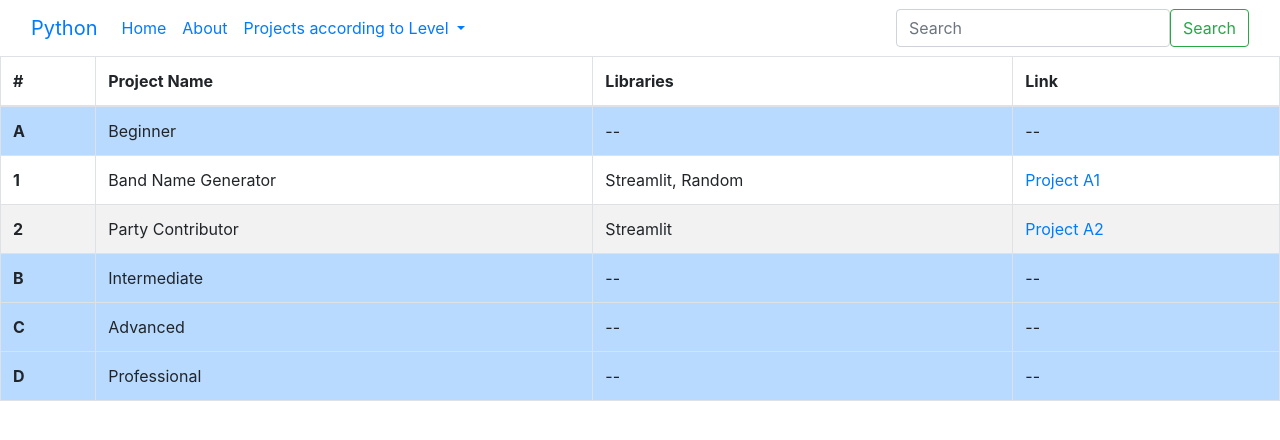
Repository: VictoriousMango/100-Python-Project
Page: index.html
These files come from the project's save history. The page is drawn as it stood at one moment and after the next save; the edit follows.
The browser window is 1280 px wide. The pictures show the whole page.

Above is the page before, as saved 2024-06-06 16:47:49.

### index.html
<!doctype html>
<html lang="en">
  <head>
    <!-- Required meta tags -->
    <meta charset="utf-8">
    <meta name="viewport" content="width=device-width, initial-scale=1, shrink-to-fit=no">

    <!-- Bootstrap CSS -->
    <link rel="stylesheet" href="https://cdn.jsdelivr.net/npm/bootstrap@4.0.0/dist/css/bootstrap.min.css" integrity="sha384-Gn5384xqQ1aoWXA+058RXPxPg6fy4IWvTNh0E263XmFcJlSAwiGgFAW/dAiS6JXm" crossorigin="anonymous">
    <title>100 Python Project</title>
  </head>
  <body  data-bs-theme="dark">
    <nav class="navbar navbar-expand-lg bg-body-tertiary">
      <div class="container-fluid">
        <a href="#" class="navbar-brand" role="button" onclick="Toggling()">Python</a>
        <button class="navbar-toggler" type="button" data-bs-toggle="collapse" data-bs-target="#navbarSupportedContent" aria-controls="navbarSupportedContent" aria-expanded="false" aria-label="Toggle navigation">
          <span class="navbar-toggler-icon"></span>
        </button>
        <div class="collapse navbar-collapse" id="navbarSupportedContent">
          <ul class="navbar-nav me-auto mb-2 mb-lg-0">
            <li class="nav-item">
              <a class="nav-link active" aria-current="page" href="#">Home</a>
            </li>
            <li class="nav-item">
              <a class="nav-link" href="#">About</a>
            </li>
            <li class="nav-item dropdown">
              <a class="nav-link dropdown-toggle" href="#" role="button" data-bs-toggle="dropdown" aria-expanded="true ">
                Projects according to Level
              </a>
              <ul class="dropdown-menu">
                <li><a class="dropdown-item" href="#Beginner">Beginner</a></li>
                <li><a class="dropdown-item" href="#Intermediate">Intermediate</a></li>
                <li><a class="dropdown-item" href="#Advanced">Advanced</a></li>
                <li><a class="dropdown-item" href="#Professional">Professional</a></li>
              </ul>
            </li>
          </ul>
        </div>
          <form class="d-flex" role="search">
            <input class="form-control me-2" type="search" placeholder="Search" aria-label="Search">
            <button class="btn btn-outline-success" type="submit">Search</button>
          </form>
      </div>
    </nav>


    <!-- Tabular Entry Start -->
    <table class="table table-bordered table-striped table table-hover">
      <thead>
        <tr>
          <th scope="col">#</th>
          <th scope="col">Project Name</th>
          <th scope="col">Libraries</th>
          <th scope="col">Link</th>
        </tr>
      </thead>
      <tbody>
        <!-- Beginner Projects -->
        <div class="Beginner" id="Beginner">
          <tr class="table-primary">
            <th scope="row">A</th>
            <td>Beginner</td>
            <td> -- </td>
            <td> -- </td>
          </tr>
          <tr>
            <th scope="row">1</th>
            <td>Band Name Generator</td>
            <td> Streamlit, Random </td>
            <td>
              <a href="https://100-python-projectg-rawnndldtq3zp8qrhnm8qe.streamlit.app/Band_Name_Generator"  target="_blank">Project A1</a>
            </td>
          </tr>
          <tr>
            <th scope="row">2</th>
            <td>Party Contributor</td>
            <td> Streamlit </td>
            <td>
              <a href="https://100-python-projectg-rawnndldtq3zp8qrhnm8qe.streamlit.app/Party_Contributor"  target="_blank">Project A2</a>
            </td>
          </tr>
        </div>

        <!-- Intermediate Project Links -->
        <div class="Intermediate" id="Intermediate">
          <tr class="table-primary">
            <th scope="row">B</th>
            <td>Intermediate</td>
            <td> -- </td>
            <td> -- </td>
          </tr>
        </div>

        <!-- Advanced Project Links -->
        <div class="Advanced" id="Advanced">
          <tr class="table-primary">
            <th scope="row">C</th>
            <td>Advanced</td>
            <td> -- </td>
            <td> -- </td>
          </tr>
        </div>

        <!-- Professional Links -->
        <div class="Professional" id="Professional">
          <tr class="table-primary">
            <th scope="row">D</th>
            <td>Professional</td>
            <td> -- </td>
            <td> -- </td>
          </tr>
        </div>

      </tbody>
    </table>
    <!-- Tabular Entry End -->
    <!-- Including JS -->
    <script src="https://cdn.jsdelivr.net/npm/bootstrap@5.3.3/dist/js/bootstrap.bundle.min.js" integrity="sha384-YvpcrYf0tY3lHB60NNkmXc5s9fDVZLESaAA55NDzOxhy9GkcIdslK1eN7N6jIeHz" crossorigin="anonymous"></script>
    <!-- JS for the web page -->
    <script>
      function Toggling() {
          console.log("Clicked the toggle button")
          console.log()
          var element = document.body;
          element.dataset.bsTheme = element.dataset.bsTheme=="light"?"dark":"light"
      }
  </script>
  </body>
</html>

After the next save:
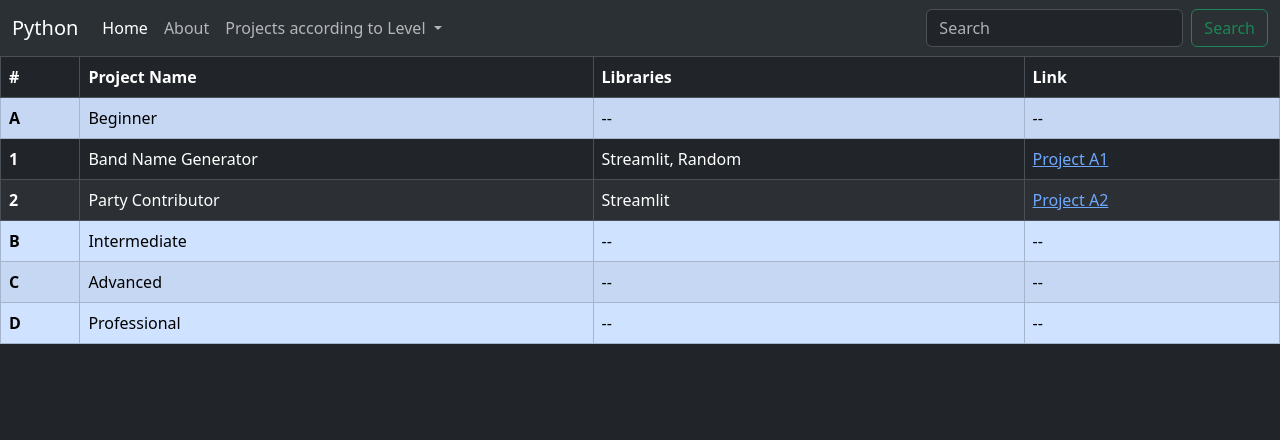
Saved 51 s later.
--- a/index.html
+++ b/index.html
@@ -6,7 +6,7 @@
     <meta name="viewport" content="width=device-width, initial-scale=1, shrink-to-fit=no">
 
     <!-- Bootstrap CSS -->
-    <link rel="stylesheet" href="https://cdn.jsdelivr.net/npm/bootstrap@4.0.0/dist/css/bootstrap.min.css" integrity="sha384-Gn5384xqQ1aoWXA+058RXPxPg6fy4IWvTNh0E263XmFcJlSAwiGgFAW/dAiS6JXm" crossorigin="anonymous">
+    <link href="https://cdn.jsdelivr.net/npm/bootstrap@5.3.3/dist/css/bootstrap.min.css" rel="stylesheet" integrity="sha384-QWTKZyjpPEjISv5WaRU9OFeRpok6YctnYmDr5pNlyT2bRjXh0JMhjY6hW+ALEwIH" crossorigin="anonymous">    </head>
     <title>100 Python Project</title>
   </head>
   <body  data-bs-theme="dark">
